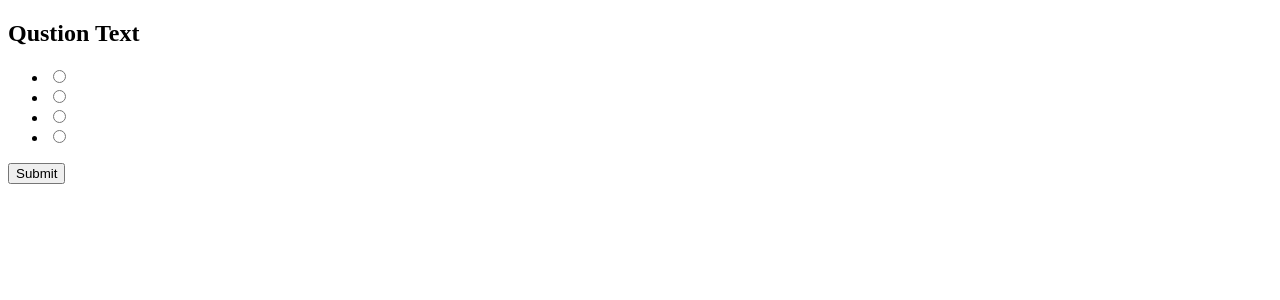
Repository: Abhi2359/Intermediate-projects
Page: Quiz App/index.html
These files come from the project's save history. The page is drawn as it stood at one moment and after the next save; the edit follows.
The browser window is 1280 px wide. The pictures show the whole page.

Above is the page before, as saved 2023-01-31 13:07:54.

After the next save:
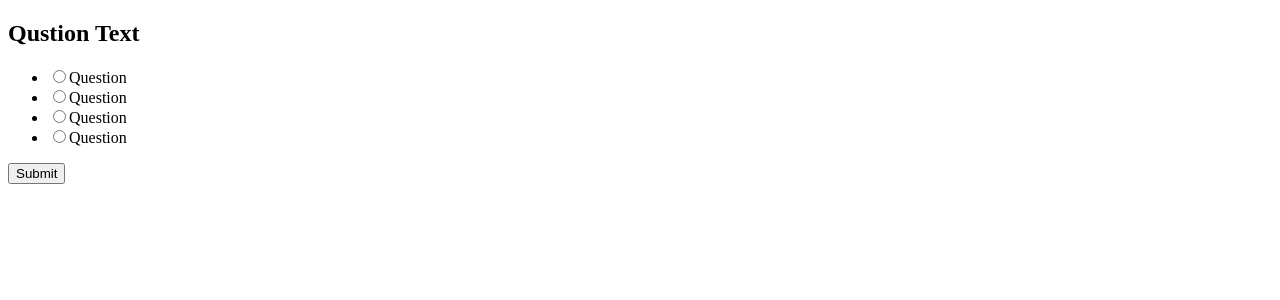
Saved 34 s later.
--- a/Quiz App/index.html
+++ b/Quiz App/index.html
@@ -10,10 +10,10 @@
     <div class="quiz-container">
         <h2>Qustion Text</h2>
         <ul>
-            <li><input type="radio" name="answer" id="a"><label for="a"></label></li>
-            <li><input type="radio" name="answer" id="b"><label for="b"></label></li>
-            <li><input type="radio" name="answer" id="c"><label for="c"></label></li>
-            <li><input type="radio" name="answer" id="d"><label for="d"></label></li>
+            <li><input type="radio" name="answer" id="a"><label for="a">Question</label></li>
+            <li><input type="radio" name="answer" id="b"><label for="b">Question</label></li>
+            <li><input type="radio" name="answer" id="c"><label for="c">Question</label></li>
+            <li><input type="radio" name="answer" id="d"><label for="d">Question</label></li>
         </ul>
         <button>Submit</button>
     </div>
